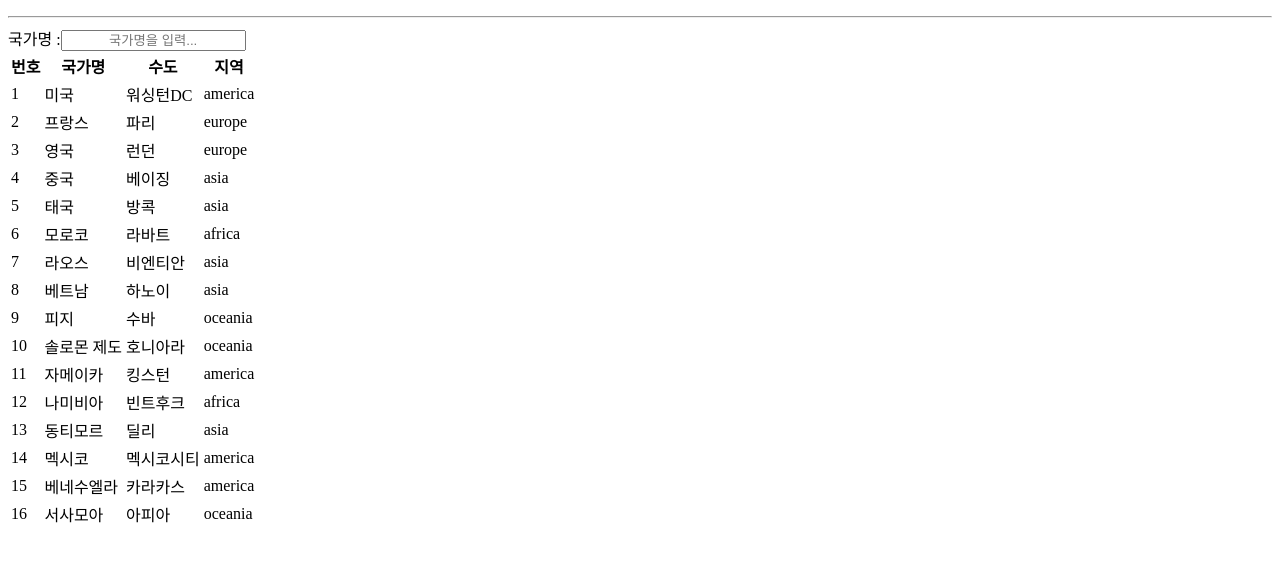
Repository: Migorithm/front_work
Page: front09_VUE/src/main/webapp/03_event/small_assignment.html
An editor plug-in stored every save of this project. The page is shown before and after the next save, followed by the edit.
The browser window is 1280 px wide. The pictures show the whole page.
Some web libraries are served in a nearby version.

Above is the page before, as saved 2021-09-10 02:10:09.

After the next save:
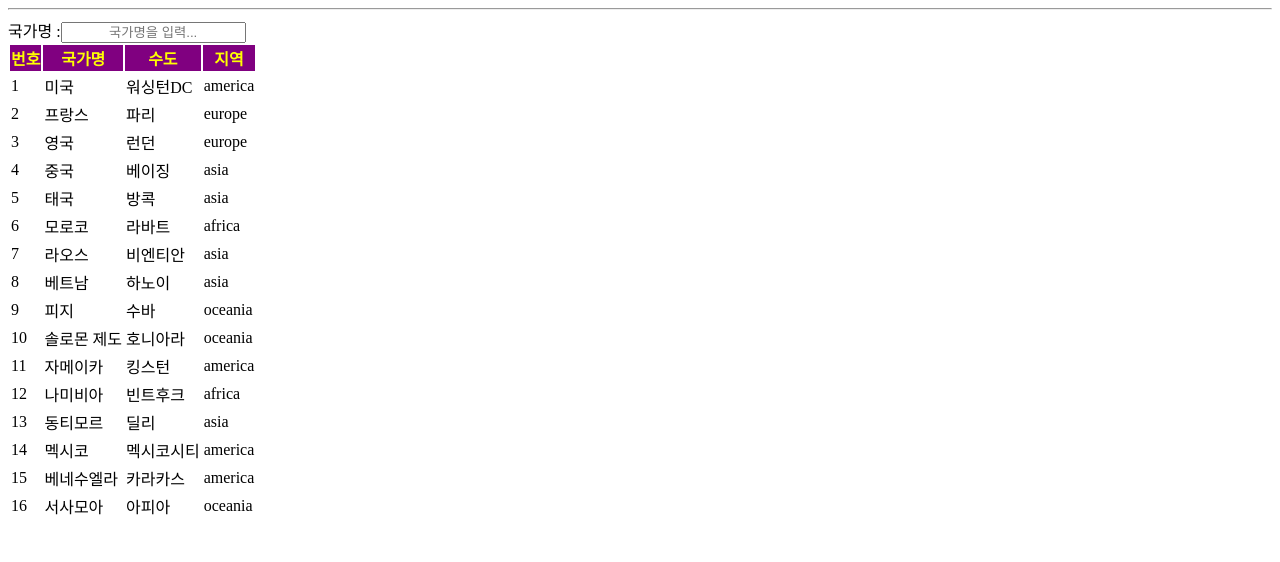
Saved 67 s later.
--- a/front09_VUE/src/main/webapp/03_event/small_assignment.html
+++ b/front09_VUE/src/main/webapp/03_event/small_assignment.html
@@ -5,13 +5,15 @@
 <title>encore</title>
 <script src="https://unpkg.com/vue@2.5.16/dist/vue.js"></script>
 <style type="text/css">
-	#example {
-		align-content: center;
-		}
+
 	#example>label>span, input{
 
 		margin:auto 0;
 		text-align: center;
+	}
+	thead tr th{
+		color:yellow;
+		background:purple;
 	}
 </style>
 
